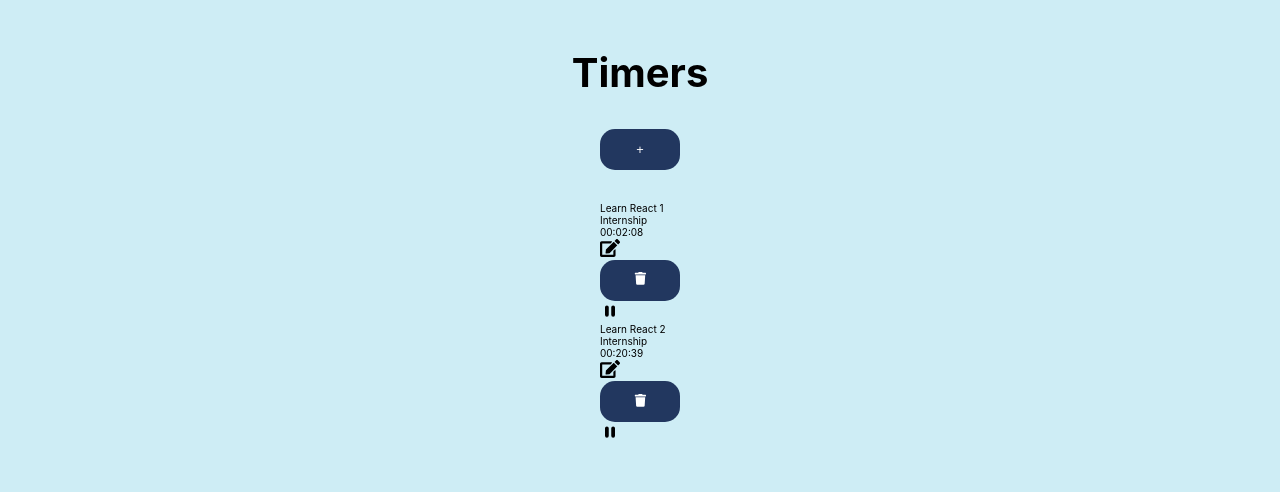
Repository: dqhuy153/react-timer
Page: /
An editor plug-in stored every save of this project. The page is shown before and after the next save, followed by the edit.
The browser window is 1280 px wide. The pictures show the whole page.
The project was rebuilt for these pictures with package versions that can differ from the ones it lists, and the page was loaded fresh each time. Also part of the build but not shown: src/components/TimerForm/TimerForm.module.scss, src/components/TimerForm/index.jsx, src/components/EditableTimerForm/EditableTimerForm.module.scss.

Above is the page before, as saved 2021-10-26 17:18:07.

After the next save:
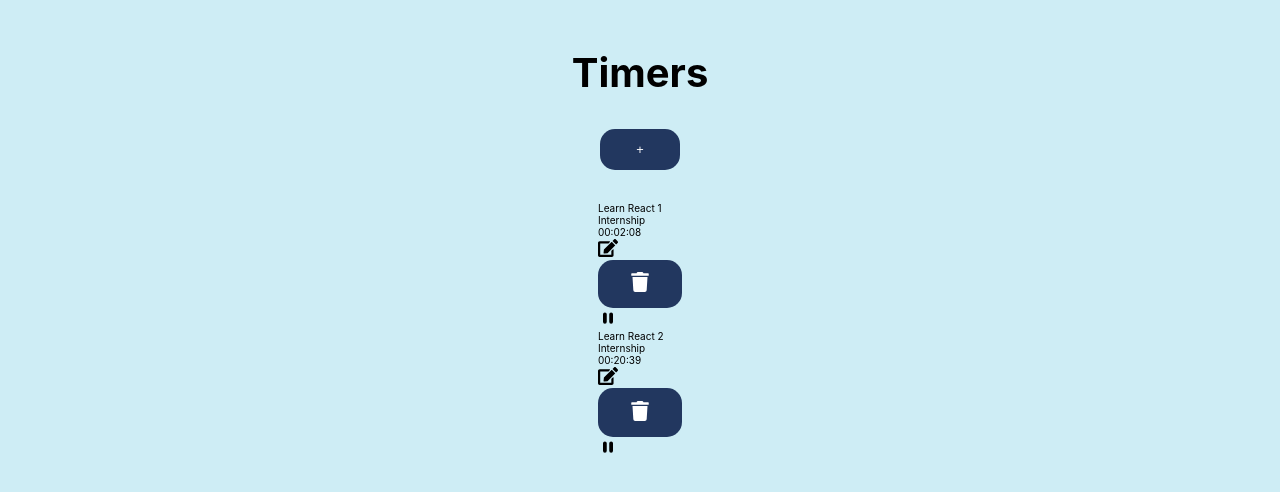
Saved 5 s later.
--- a/src/components/Timer/index.jsx
+++ b/src/components/Timer/index.jsx
@@ -31,7 +31,7 @@ const Timer = ({
           <FaEdit size={20} />
         </div>
         <Button onClick={onRemove}>
-          <FaTrash />
+          <FaTrash size={20} />
         </Button>
       </div>
 
